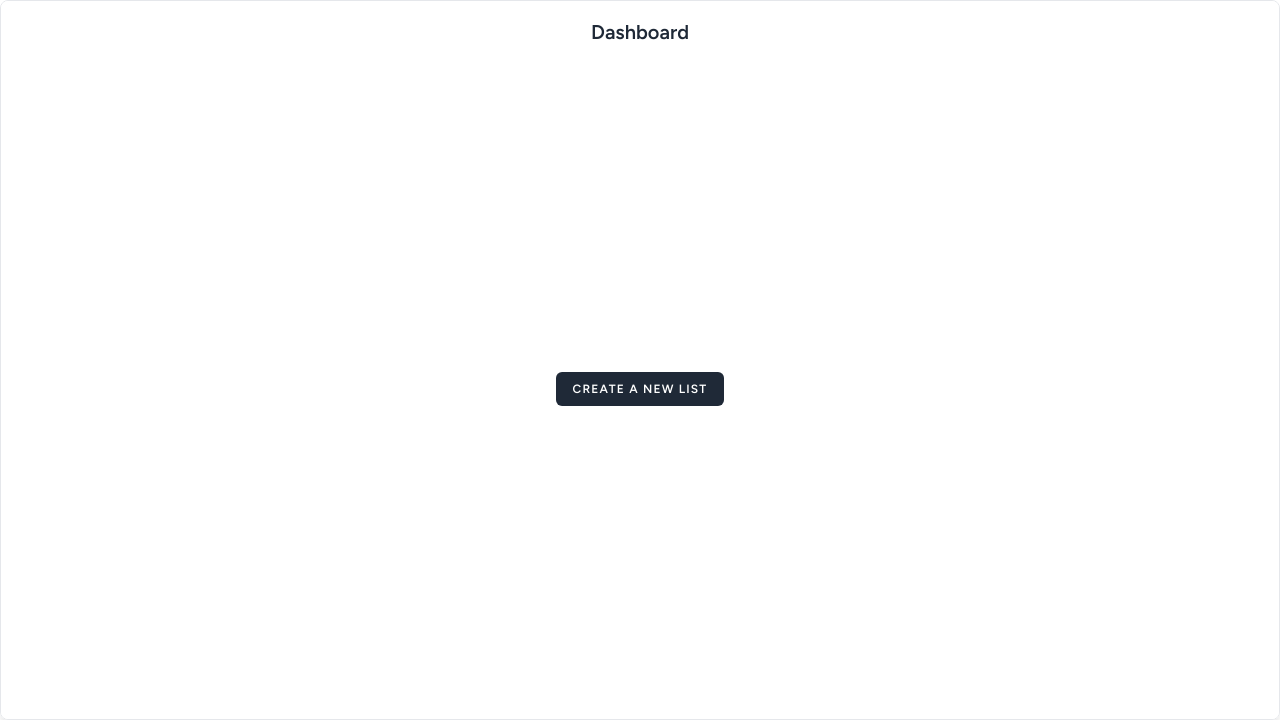
Repository: RudyAnconi/grocery
Page: resources/views/dashboard.blade.php
An editor plug-in stored every save of this project. The page is shown before and after the next save, followed by the edit.
The browser window is 1280 px wide. The pictures show the whole page.
An inner scrolling area shows only its first screen. The page is served by the project's Laravel application, run on PHP 8.4 with Laravel 12. Other server files are loaded and not shown. Style sheets and scripts are compiled from the project's sources, by tool versions that may differ from the author's. The template is opened directly, without the code that normally fills it, so the values that code supplies are empty.

Above is the page before, as saved 2024-06-07 21:08:30.

### resources/views/dashboard.blade.php
<x-mobile-layout>
    <x-slot name="header">
        <h2 class="font-semibold text-xl text-gray-800 leading-tight text-center p-5">
            {{ __('Dashboard') }}
        </h2>
    </x-slot>
    <article id="section-list"
        class="bg-white overflow-hidden shadow-lg border border-gray-200 sm:rounded-lg
    overflow-y-scroll h-screen"
        style="scroll-snap-type: y mandatory">
        <section class="p-6 text-gray-900 h-screen pt-20 flex justify-center items-center"
            style="scroll-snap-align: start">
            <x-primary-button>{{ __('Create a new list') }}</x-primary-button>
        </section>
        <section class="p-6 text-gray-900 h-screen pt-20" style="scroll-snap-align: start">
            <div class="flex justify-between">
                <strong>{{ __('Store Name') }}</strong> <small>{{ __('06/07/2024 8h56 PM') }}</small>
            </div>
        </section>
        <section class="p-6 text-gray-900 h-screen pt-20" style="scroll-snap-align: start">
            {{ __("You're logged in!") }}
        </section>
        <section class="p-6 text-gray-900 h-screen pt-20" style="scroll-snap-align: start">
            {{ __("You're logged in!") }}
        </section>
    </article>
    </div>
</x-mobile-layout>

### app/View/Components/MobileLayout.php
<?php

namespace App\View\Components;

use Illuminate\View\Component;
use Illuminate\View\View;

class MobileLayout extends Component
{
    /**
     * Get the view / contents that represents the component.
     */
    public function render(): View
    {
        return view('layouts.mobile');
    }
}

### resources/views/layouts/mobile.blade.php
<!DOCTYPE html>
<html lang="{{ str_replace('_', '-', app()->getLocale()) }}">

<head>
    <meta charset="utf-8">
    <meta name="viewport" content="width=device-width, initial-scale=1">
    <meta name="csrf-token" content="{{ csrf_token() }}">

    <title>{{ config('app.name', 'Laravel') }}</title>

    <!-- Fonts -->
    <link rel="preconnect" href="https://fonts.bunny.net">
    <link href="https://fonts.bunny.net/css?family=figtree:400,500,600&display=swap" rel="stylesheet" />

    <!-- Scripts -->
    @vite(['resources/css/app.css', 'resources/js/app.js'])
</head>

<body class="font-sans antialiased">
    <livewire:layout.navigation />
    <!-- Page Heading -->
    @if (isset($header))
        <header class="bg-transparent fixed inset-0">
            {{ $header }}
        </header>
    @endif
    <!-- Page Content -->
    {{ $slot }}
</body>

</html>

Loaded but not shown: routes/web.php (common file); routes/auth.php (common file); app/Http/Controllers/Auth/VerifyEmailController.php (common file); app/Http/Controllers/Controller.php (common file); resources/views/components/primary-button.blade.php (common file); resources/css/app.css (common file); tailwind.config.js (common file)

After the next save:
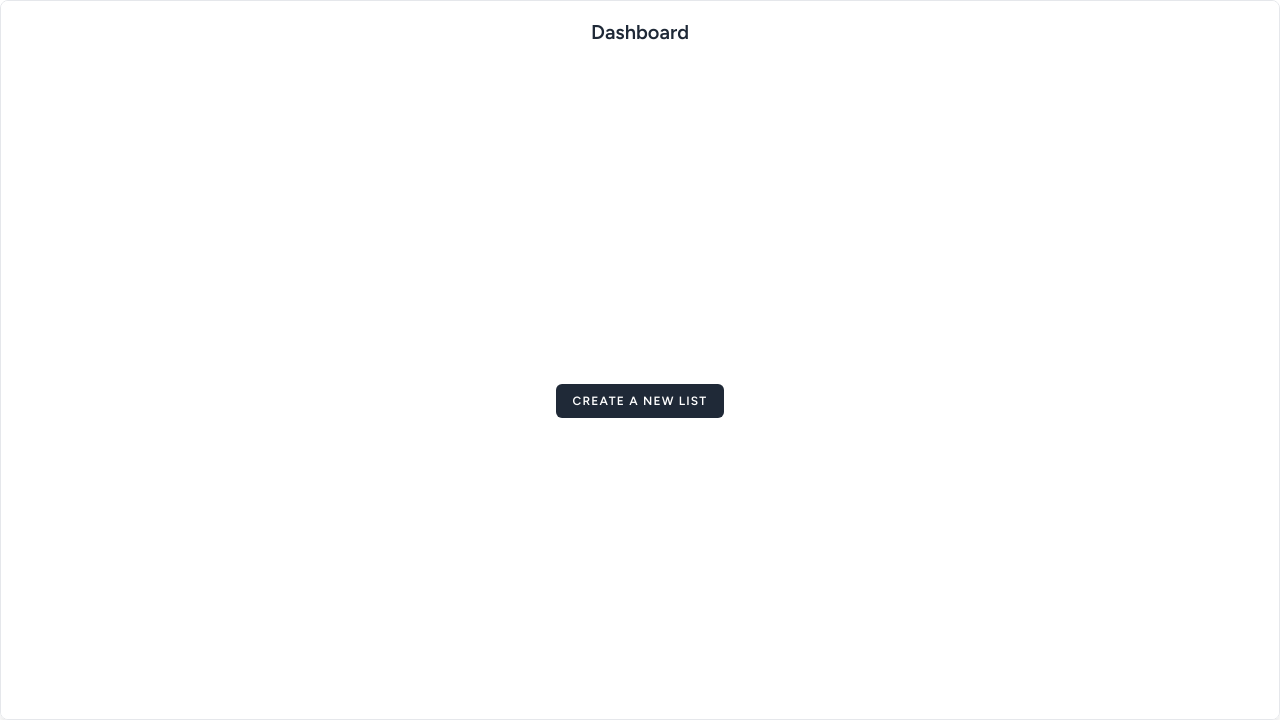
Saved 52 s later.
--- a/resources/views/dashboard.blade.php
+++ b/resources/views/dashboard.blade.php
@@ -8,7 +8,7 @@
         class="bg-white overflow-hidden shadow-lg border border-gray-200 sm:rounded-lg
     overflow-y-scroll h-screen"
         style="scroll-snap-type: y mandatory">
-        <section class="p-6 text-gray-900 h-screen pt-20 flex justify-center items-center"
+        <section class="text-gray-900 h-screen pt-20 flex justify-center items-center"
             style="scroll-snap-align: start">
             <x-primary-button>{{ __('Create a new list') }}</x-primary-button>
         </section>

After the save that followed:
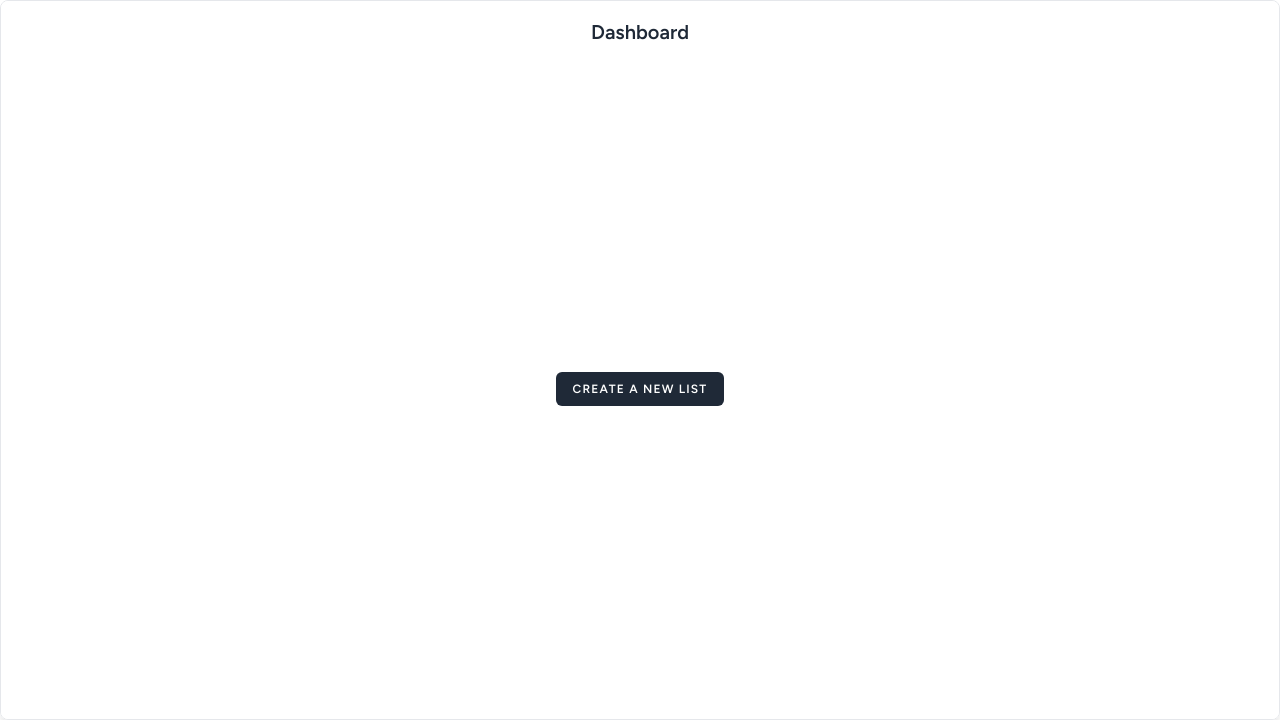
Saved 6 s later.
--- a/resources/views/dashboard.blade.php
+++ b/resources/views/dashboard.blade.php
@@ -8,7 +8,7 @@
         class="bg-white overflow-hidden shadow-lg border border-gray-200 sm:rounded-lg
     overflow-y-scroll h-screen"
         style="scroll-snap-type: y mandatory">
-        <section class="text-gray-900 h-screen pt-20 flex justify-center items-center"
+        <section class="p-6 text-gray-900 h-screen pt-20 flex justify-center items-center"
             style="scroll-snap-align: start">
             <x-primary-button>{{ __('Create a new list') }}</x-primary-button>
         </section>
